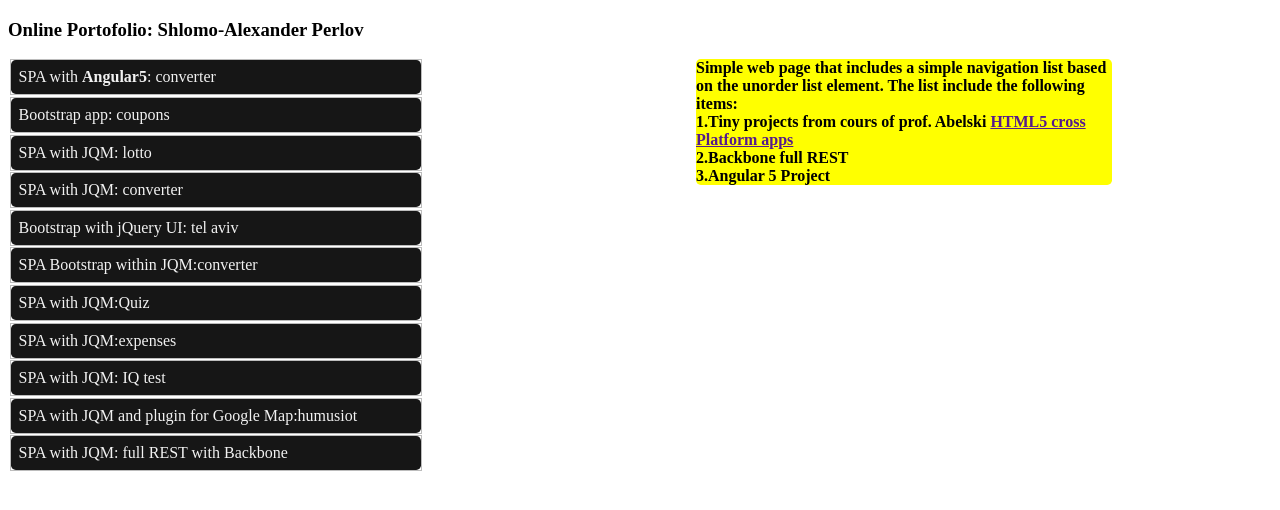
Repository: perlov3301/nav
Page: public/fver/a18h.html
The author's editor kept a record of every edit. The page is drawn from the files as they stood at one moment, then again after the next edit.
The browser window is 1280 px wide. The pictures show the whole page.

Above is the page before.

### public/fver/a18h.html
<!-- text appears before all -->
<!DOCTYPE html>
<html>
<head>
 <link rel='stylesheet' type='text/css' href='./a18c.css'/>
<title>css:navigator</title>
<style>
.ac11 { font-weight:bold;}
</style>
</head>
<body>
 <h3>Online Portofolio: Shlomo-Alexander Perlov</h3>
<div class='ascroll ac11'>
 Simple web page that includes a simple navigation
 list based on the unorder list element. The list include the
 following items:
 <br>1.Tiny projects from cours of prof. Abelski <a href="" > HTML5 cross Platform apps</a>
 <br>2.Backbone full REST
 <br>3.Angular 5 Project
</div>
<div>
 <ul class="navigation">
  <li><a href="index.html">SPA with <b>Angular5</b>: converter</a></li>
  <li><a href="carousel10.html">Bootstrap app: coupons</a></li>
  <li><a href="lottoexh.html">SPA with JQM: lotto</a></li>
  <li><a href="converh.html">SPA with JQM: converter</a></li>
  <li><a href="qzbs.html">Bootstrap with jQuery UI: tel aviv</a></li>
  <li><a href="jqm1.html">SPA Bootstrap within JQM:converter</a></li>
  <li><a href="qzbs.html">SPA with JQM:Quiz</a></li>
  <li><a href="aexh.html">SPA with JQM:expenses</a></li>
  <li><a href="mg.html">SPA with JQM: IQ test</a></li>
  <li><a href="a17var.html">SPA with JQM and plugin for Google Map:humusiot</a></li>
  <li><a href="a01/a01.html">SPA with JQM: full REST with Backbone</a></li>
 </ul>
</div>
</body>
</html>

### public/fver/a18c.css
@media screen and (min-width: 53em) {
  div.ascroll
 {
  background-color:yellow;
  float:right;
  width:26em;
  height:auto;
  border: 0;
  border-radius: 0.3em;
  /*overflow:auto;*/
;}
}
@media screen and (min-width: 62em) {
  div.ascroll
 {
  background-color:yellow;
  float:right;
  width:26em;
  height:auto;
  border: 0;
  border-radius: 1em;
  margin-right: 5em;
  /*padding-right: 5em;*/
  /*overflow:auto;*/
;}
}
@media screen and (min-width: 66em) {
  div.ascroll
 {
  background-color:yellow;
  float:right;
  width:26em;
  height:auto;
  border: 0;
  border-radius: 1em;
  margin-right: 10em;
  /*padding-right: 5em;*/
  /*overflow:auto;*/
;}
}
@media screen and (min-width: 74em) {
  div.ascroll
 {
  background-color:yellow;
  float:right;
  width:26em;
  height:auto;
  border: 0;
  border-radius: 1em;
  margin-right: 10em;
  /*padding-right: 5em;*/
  /*overflow:auto;*/
;}
}
.navigation
{
 list-style: none;
 margin: 0;
 padding: 0;
 width: 26em;
}
.navigation li
{
 border: 1px solid rgb(188,188,188);
 margin: 0.1em;
 /*height: 3em;*/
}

.navigation>li>a:link, .navigation>li>a:visited
{
 font-family: fantasy;
 background-color: rgb(22,22,22);
 color: rgb(242,242,242);
 padding: 0.5em;
 display: block;
 text-decoration: none;
 border: 0;
 border-radius: 0.3em;
}
.navigation>li>a:hover
{
 background-color: rgb(122,132,154);
 color: rgb(255,255,255);
 padding: 5px;
 display: block;
}
div.ascroll
 {
  background-color: yellow;
  width: 26em;
  height: auto;
  overflow: auto;
  border: 0;
  border-radius: 0.3em;
;}

After the next edit:
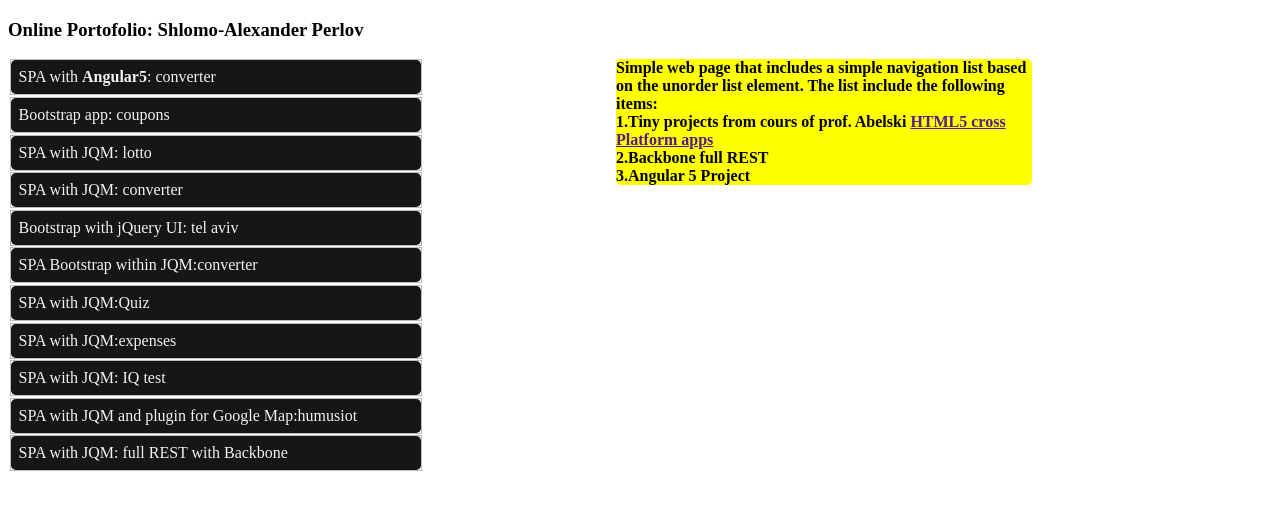
The edit:
--- a/public/fver/a18c.css
+++ b/public/fver/a18c.css
@@ -47,7 +47,7 @@
   height:auto;
   border: 0;
   border-radius: 1em;
-  margin-right: 10em;
+  margin-right: 15em;
   /*padding-right: 5em;*/
   /*overflow:auto;*/
 ;}
